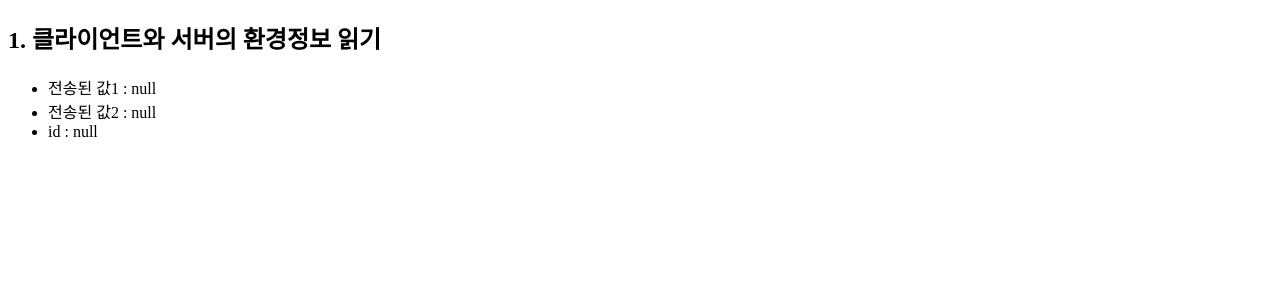
Repository: ahwaboin3/eclipse-workspace-jsp
Page: http://localhost/MustHaveJSP/RequestWebInfo.jsp
An editor plug-in stored every save of this project. The page is shown before and after the next save, followed by the edit.
The browser window is 1280 px wide. The pictures show the whole page.
The page is served by Tomcat 10. Other server files are loaded and not shown.

Above is the page before, as saved 2025-05-21 05:02:14.

### MustHaveJSP/src/main/webapp/RequestWebInfo.jsp
<%@ page language="java" contentType="text/html; charset=UTF-8"
    pageEncoding="UTF-8"%>
<!DOCTYPE html>
<html>
<head>
<meta charset="UTF-8">
<title>Insert title here</title>
</head>
<body>
	<h2>1. 클라이언트와 서버의 환경정보 읽기</h2>
	<ul>
		<li>전송된 값1 : <%=request.getParameter("eng") %></li>
		<li>전송된 값2 : <%=request.getParameter("han") %></li>
		<li>id : <%=request.getParameter("id") %></li>
	</ul>
</body>
</html>

After the next save:
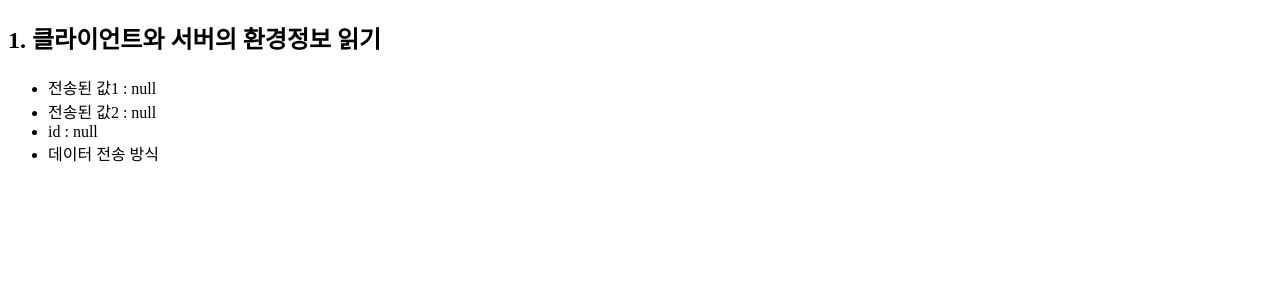
Saved 3 min 42 s later.
--- a/MustHaveJSP/src/main/webapp/RequestWebInfo.jsp
+++ b/MustHaveJSP/src/main/webapp/RequestWebInfo.jsp
@@ -12,6 +12,7 @@
 		<li>전송된 값1 : <%=request.getParameter("eng") %></li>
 		<li>전송된 값2 : <%=request.getParameter("han") %></li>
 		<li>id : <%=request.getParameter("id") %></li>
+		<li>데이터 전송 방식</li>
 	</ul>
 </body>
 </html>
